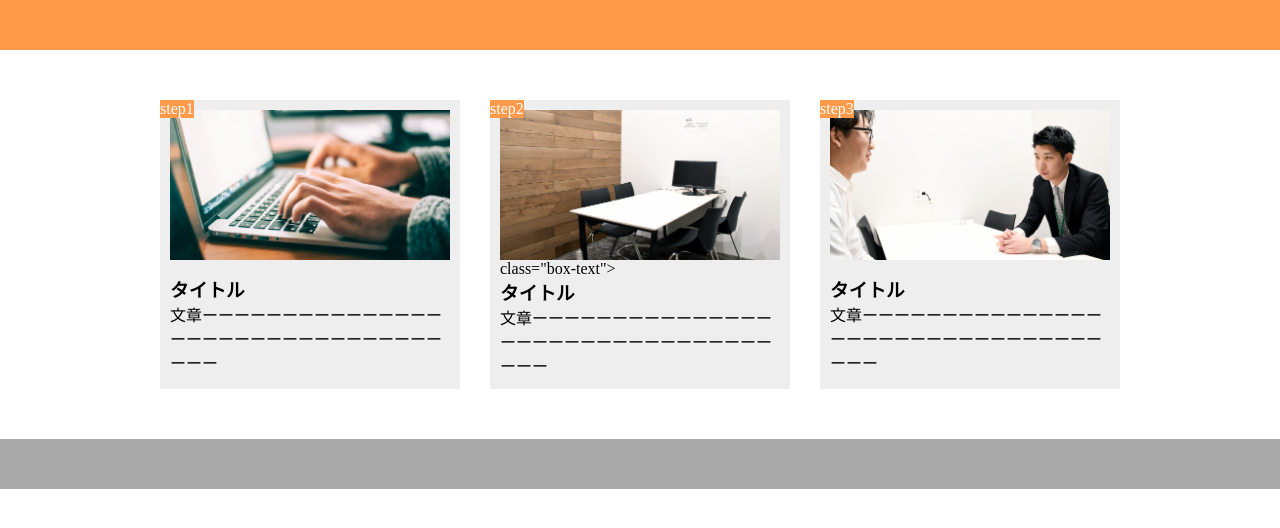
Repository: yuu3176/theme1
Page: 1-9-2/1-9-2.html
The author's editor kept a record of every edit. The page is drawn from the files as they stood at one moment, then again after the next edit.
The browser window is 1280 px wide. The pictures show the whole page.

Above is the page before.

### 1-9-2/1-9-2.html
<!DOCTYPE html>
<html lang="ja">
  <head>
    <meta charset="utf-8">
    <link rel="stylesheet" href="1-9-2.css">
    <title>1-9-2</title>
  </head>

  <body>
    <header></header>
    <main>
      <div class="box">
        <div class="box-step">
          <p>step1</p>
        </div>
        <div class="box-image1"></div>
        <section class="box-text">
          <h3>タイトル</h3>
          <p>文章ーーーーーーーーーーーーーーーーーーーーーーーーーーーーーーーーーーー</p>
        </section>
      </div>
      <div class="box">
        <div class="box-step">
          <p>step2</p>
        </div>
        <div class="box-image2"></div>
        <section>

         class="box-text">
          <h3>タイトル</h3>
        </section>
          <p>文章ーーーーーーーーーーーーーーーーーーーーーーーーーーーーーーーーーーー</p>
      </div>
      <div class="box">
        <div class="box-step">
          <p>step3</p>
        </div>
        <div class="box-image3"></div>
        <section class="box-text">
          <h3>タイトル</h3>
          <p>文章ーーーーーーーーーーーーーーーーーーーーーーーーーーーーーーーーーーー</p>
        </section>
      </div>
    </main>
    <footer></footer>
  </body>
</html>

### 1-9-2/1-9-2.css
*{
  margin: 0;
  padding: 0;
  box-sizing: border-box;
}

header{
  height: 50px;
  background-color: #ff9a4b;
}

main{
  width: 960px;
  margin: 50px auto;
  display: flex;
}

.box{
  width: 300px;
  margin-right: 30px;
  padding: 10px;
  position: relative;
  background-color: #eeeeee;
}

.box:last-child{
  margin-right: 0;
}

.box-step{
  position: absolute;
  top: 0;
  left: 0;
  background-color: #ff9a4b;
  color: #fff;
}

.box-image1{
  height: 150px;
  background-image: url(img/flow01.png);
  background-position: bottom;
  background-size: cover;
}

.box-image2{
  height: 150px;
  background-image: url(img/flow02.png);
  background-position: bottom;
  background-size: cover;
}

.box-image3{
  height: 150px;
  background-image: url(img/flow03.png);
  background-position: bottom;
  background-size: cover;
}

.box-text{
  margin: 15px 0 5px;
}

footer{
  height: 50px;
  background-color: #aaaaaa;
}

@media screen and (max-width:768px){
  header{
    width: 100%;
  }

  main{
    width: 100%;
    margin: 50px auto;
    display: block;
  }

  .box{
    width: 90%;
    margin-bottom: 20px;
    margin-left: 5%;
    margin-right: 5%;
  }

  .box:last-child{
    margin-bottom: 0;
  }

  .box-image1 .box-image2 .box-image3{
    height: 150px;
  }

  footer{
    width: 100%;
  }

After the next edit:
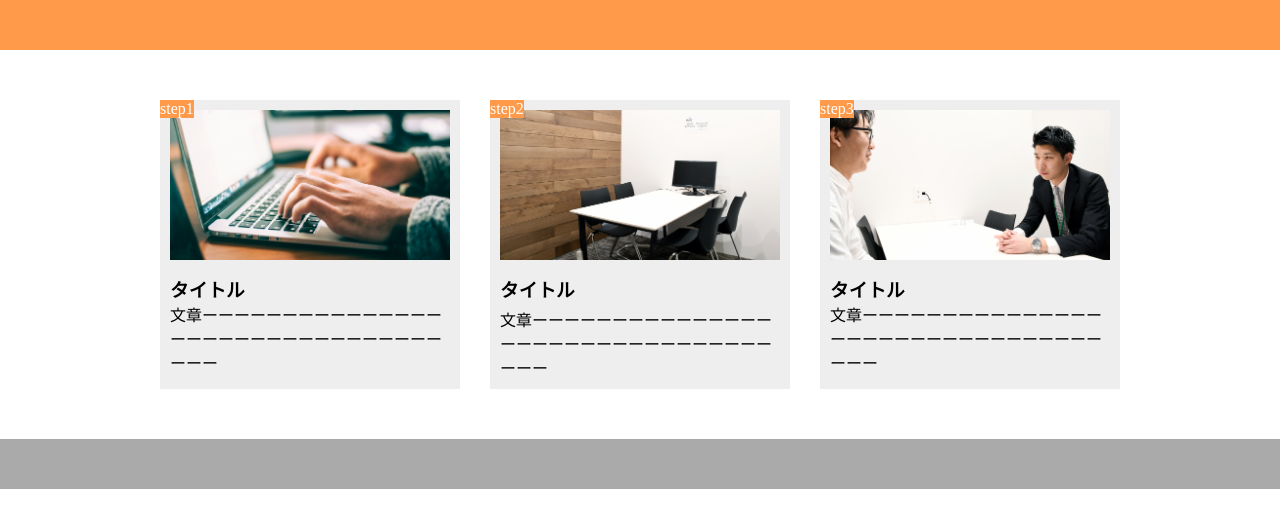
The edit:
--- a/1-9-2/1-9-2.html
+++ b/1-9-2/1-9-2.html
@@ -24,9 +24,7 @@
           <p>step2</p>
         </div>
         <div class="box-image2"></div>
-        <section>
-
-         class="box-text">
+        <section class="box-text">
           <h3>タイトル</h3>
         </section>
           <p>文章ーーーーーーーーーーーーーーーーーーーーーーーーーーーーーーーーーーー</p>
